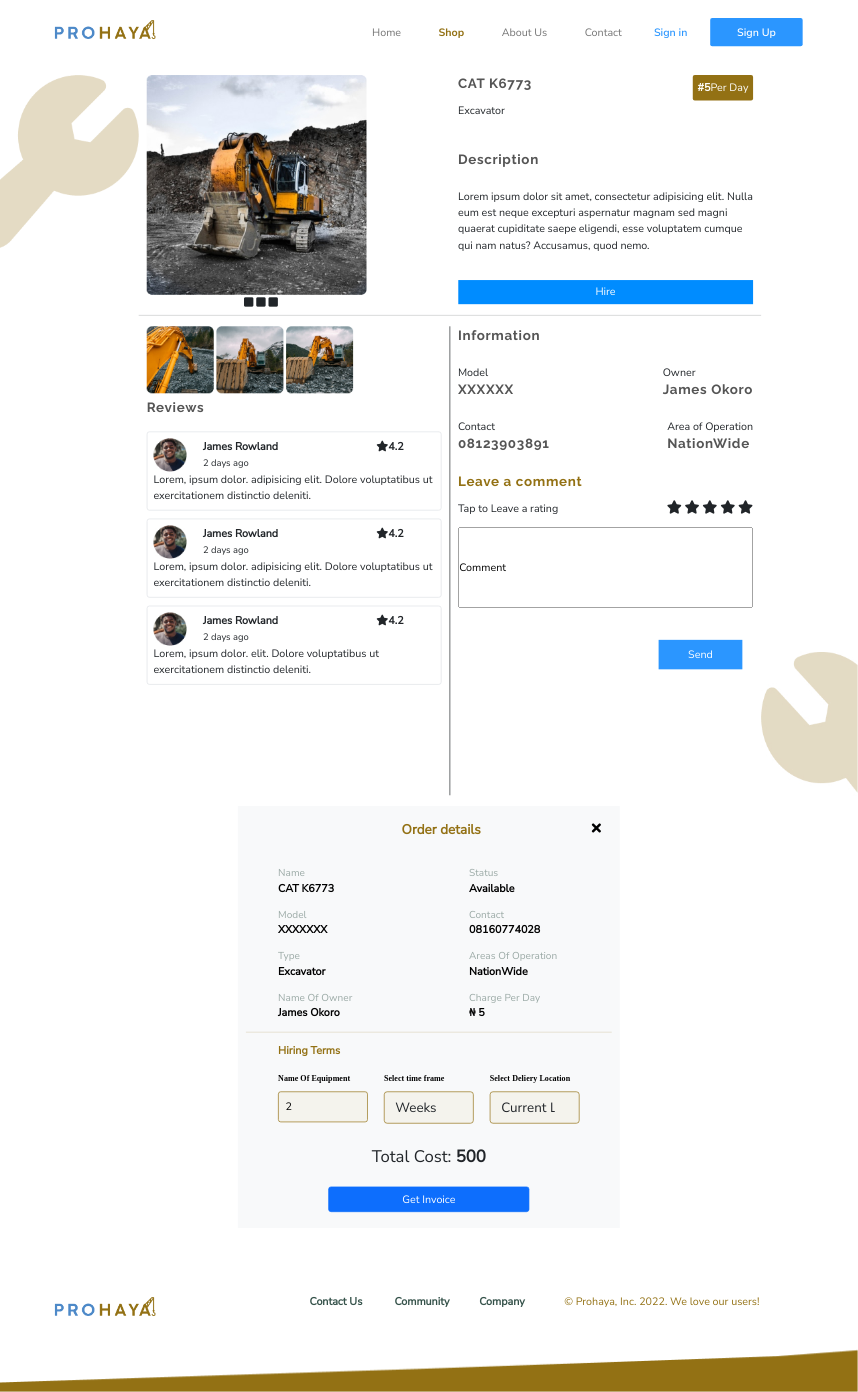
Repository: stormcelltech/Prohaya-UI
Page: equipdetails.html
The author's editor kept a copy of each file at every save. The page is drawn from the files as they stood at one save, then again after the next save.
The browser window is 1280 px wide. The pictures show the whole page, at 67% of full size.
Some web libraries are served in a nearby version.

Above is the page before, as saved 2022-04-21 04:15:45.
Console error: TypeError: $(...).owlCarousel is not a function

After the next save:
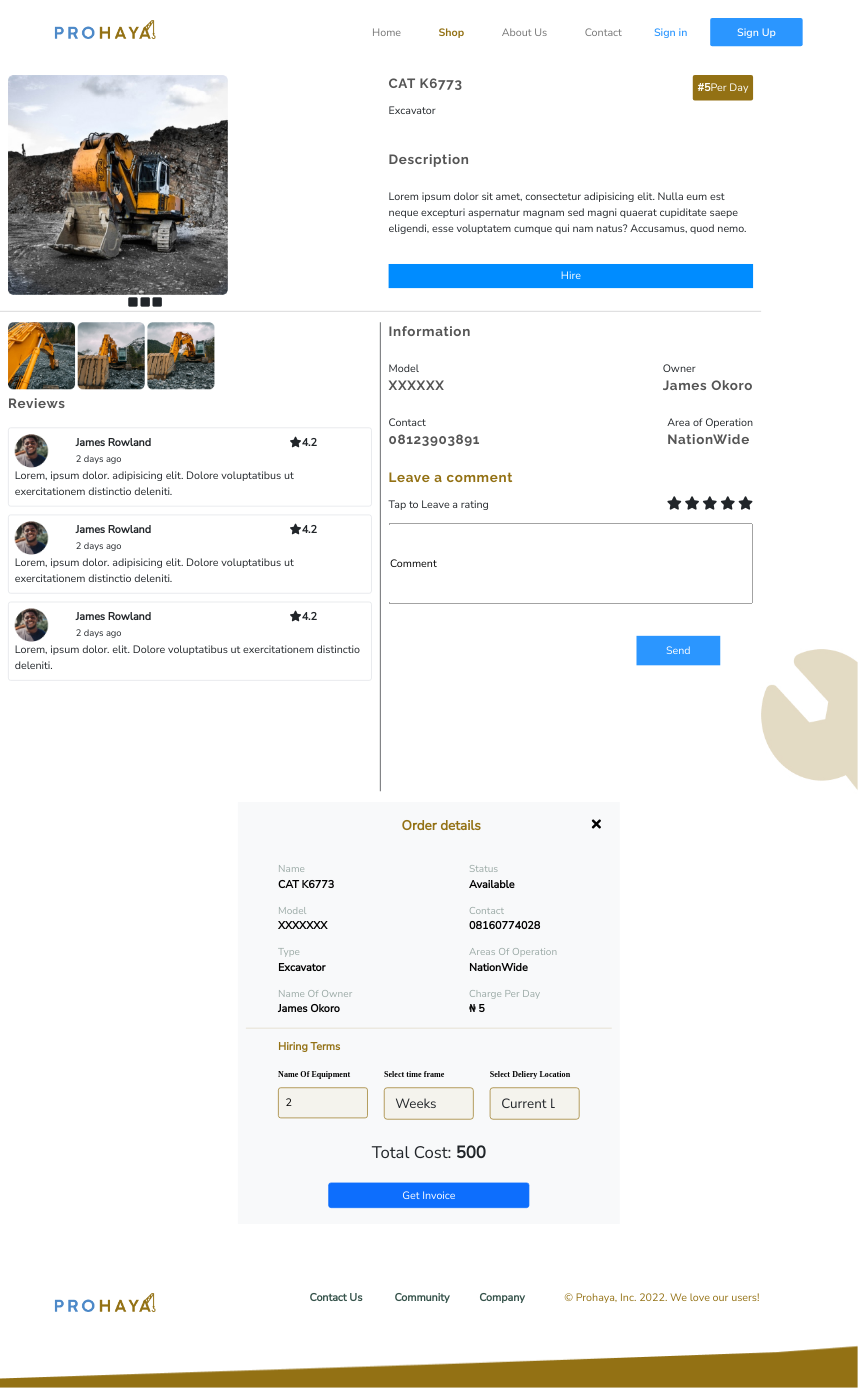
Saved 5 min 1 s later.
--- a/equipdetails.html
+++ b/equipdetails.html
@@ -52,9 +52,9 @@
 
         <div class="equip-detail py-3">
            <div class="flexend"> <!--row-->
-                <div class="spann">  <!--col col-md-2 col-sm-12 -->
-                   <img src="./assets/img/background/Vector.png" alt="">
-                </div>
+                <!-- <div class="spann">  -->
+                   <!-- <img src="./assets/img/background/Vector.png" alt="">
+                </div> -->
 
               <div class="equipmain "> <!--col col-md-8 col-sm-12 -->
                 <div class="container">
